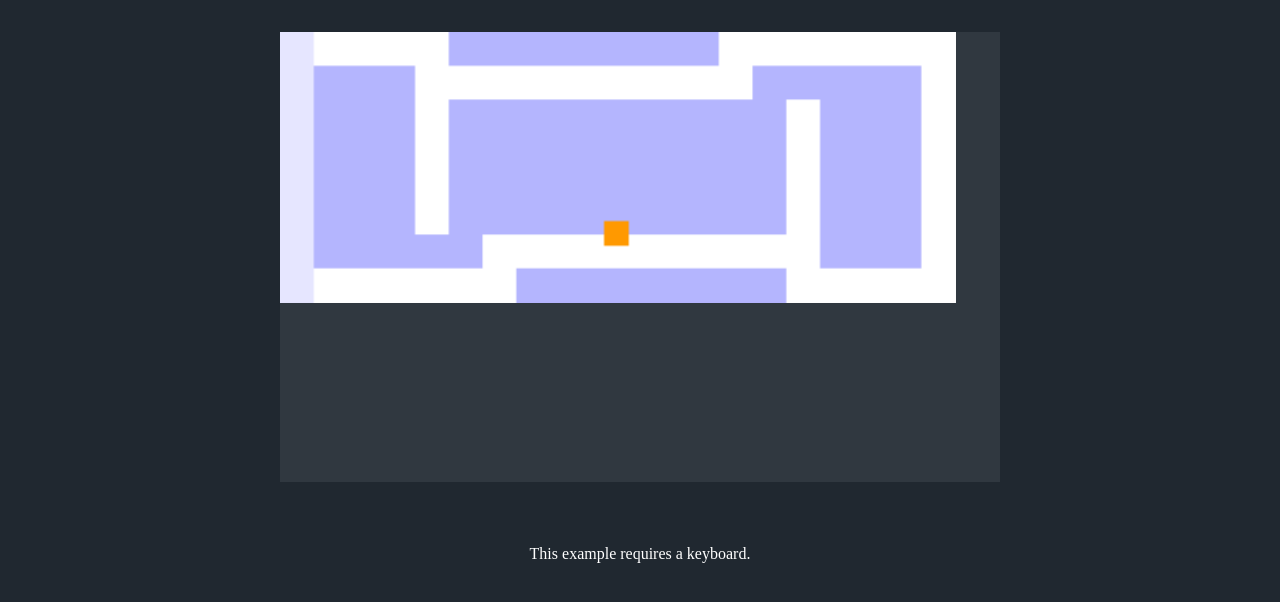
Repository: jh0l/WorldsHardestGame
Page: index.html
The author's editor kept a copy of each file at every save. The page is drawn from the files as they stood at one save, then again after the next save.
The browser window is 1280 px wide. The pictures show the whole page.

Above is the page before, as saved 2018-07-19 00:30:34.

### index.html
<html>

<head>

	<meta name="viewport" content="width=device-width">
	<link href="src/index.css" rel="stylesheet" type="text/css">

	<title>PoP Vlog - Top Down Tiles</title>

</head>

<body>

	<canvas></canvas>

	<p>This example requires a keyboard.</p>

	<script src="src/index.js" type="text/javascript"></script>

</body>

</html>

### src/index.css
* {
  box-sizing: border-box;
  margin: 0;
  padding: 0;
}

html {
  height: 100%;
  width: 100%;
}

body {
  align-content: space-around;
  background-color: #202830;
  color: #ffffff;
  display: grid;
  grid-template-columns: auto;
  grid-template-rows: auto auto auto auto;
  height: 100%;
  justify-content: space-around;
  text-align: center;
  width: 100%;
}

canvas {
  background-color: #303840;
  justify-self: center;
}

### src/index.js
(function() {
  "use strict";

  var controller, display, game;

  controller = {
    down: false,
    left: false,
    right: false,
    up: false,

    keyUpDown: function(event) {
      var key_state = event.type == "keydown" ? true : false;

      switch (event.keyCode) {
        case 65:
          controller.left = key_state;
          break; // left key
        case 87:
          controller.up = key_state;
          break; // up key
        case 68:
          controller.right = key_state;
          break; // right key
        case 83:
          controller.down = key_state;
          break; // down key
      }
    }
  };
  const tileValColor = (val, index) => {
    if (val !== '0') {
      return index % game.world.columns === 0 ? "#e6e6ff" : "#fff";
    }
    return "#b4b5fe";
  };
  display = {
    buffer: document.createElement("canvas").getContext("2d"),
    context: document.querySelector("canvas").getContext("2d"),
    output: document.querySelector("p"),

    render: function() {
      for (let index = game.world.map.length - 1; index > -1; --index) {
        this.buffer.fillStyle = tileValColor(game.world.map[index], index);
        this.buffer.fillRect(
          (index % game.world.columns) * game.world.tile_size,
          Math.floor(index / game.world.columns) * game.world.tile_size,
          game.world.tile_size,
          game.world.tile_size
        );
      }

      this.buffer.fillStyle = game.player.color;
      this.buffer.fillRect(
        game.player.x,
        game.player.y,
        game.player.width,
        game.player.height
      );

      this.context.drawImage(
        this.buffer.canvas,
        0,
        0,
        this.buffer.canvas.width,
        this.buffer.canvas.height,
        0,
        0,
        this.context.canvas.width,
        this.context.canvas.height
      );
    },

    resize: function(event) {
      var client_height = document.documentElement.clientHeight;

      display.context.canvas.width = document.documentElement.clientWidth - 32;

      if (display.context.canvas.width > client_height) {
        display.context.canvas.width = client_height;
      }

      display.context.canvas.height = Math.floor(
        display.context.canvas.width * 0.625
      );

      display.render();
    }
  };
  const playerSize = 11;
  game = {
    /* This is the player object. Make sure to note that for this collision method
    to work, you must record the current and last positions of your game objects
    to use in collision detection. It is used to calculate the vector used to determine
    if an object is entering into a collision tile and from what side. */
    player: {
      color: "#ff9900",
      height: playerSize,
      old_x: 160, // these are what you should take note of. Don't worry, it's useful
      old_y: 160, // to keep track of old positions for many physics methods. These aren't one trick pony's.
      speed: 3,
      velocity_x: 0,
      velocity_y: 0,
      width: playerSize,
      x: 160 - 16,
      y: 100 - 16,

      // These functions just make it easy to read the collision code
      get bottom() {
        return this.y + this.height;
      },
      get oldBottom() {
        return this.old_y + this.height;
      },
      get left() {
        return this.x;
      }, // kind of pointless, but used
      get oldLeft() {
        return this.old_x;
      }, // to help visualize the collision methods
      get right() {
        return this.x + this.width;
      },
      get oldRight() {
        return this.old_x + this.width;
      },
      get top() {
        return this.y;
      }, // equally pointless as left side calculations
      get oldTop() {
        return this.old_y;
      }
    },

    world: {
      map: []
      // the routing functions below with matching numbers

      // represent these tiles and route their values to
      // the collision methods you might expect based on their names
    },

    /* This object is responsible for getting the collision methods that match
    tile values in the map. It uses what I call routing functions to group reusable
    narrow phase collision methods together to create a variety of different tile
    boundary shapes. You can get the same effect with an array of routing functions rather
    than giving an object's routing functions numeric indexes, if you prefer. It might be faster. */
    collision: {
      // top wall collision tile
      1: function(object, row, column) {
        // The player hits the bottom of ceiling tiles.
        this.bottomCollision(object, row);
      },

      // left wall collision tile
      2: function(object, row, column) {
        this.rightCollision(object, column);
      },

      // right wall collision tile
      3: function(object, row, column) {
        // The player collides with the left side of a wall on the right of the map.
        this.leftCollision(object, column); // Confusing to visualize, but true.
      },

      // bottom wall collision tile
      4: function(object, row, column) {
        this.topCollision(object, row);
      },

      // block tile with four walls
      5: function(object, row, column) {
        /* It makes sense to test the most likely side to be collided with first.
        In a top down game, all sides are hit about the same number of times, depending
        on gameplay, but in a side scroller with downward pulling gravity, the tops of
        tiles will usually get the most traffic, so it makes sense to test the tops
        first in those scenarios. */
        if (this.topCollision(object, row)) {
          return;
        } // Make sure to early out
        if (this.leftCollision(object, column)) {
          return;
        } // if a collision is detected.
        if (this.rightCollision(object, column)) {
          return;
        }
        this.bottomCollision(object, row); // No need to early out on the last check.
      },
      // left and right only
      6: function(object, row, column) {
        if (this.leftCollision(object, column)) {
          return;
        }
        this.rightCollision(object, column);
      },
      // left, right and bottom only
      7: function(object, row, column) {
        if (this.leftCollision(object, column)) {
          return;
        }
        if (this.rightCollision(object, column)) {
          return;
        }
        this.bottomCollision(object, row); // No need to early out on the last check.
      },
      //left right and top only
      8: function(object, row, column) {
        if (this.leftCollision(object, column)) {
          return;
        }
        if (this.rightCollision(object, column)) {
          return;
        }
        this.topCollision(object, row); // No need to early out on the last check.
      },
      //left and top
      9: function(object, row, column) {
        if (this.leftCollision(object, column)) {
          return;
        }
        this.topCollision(object, row); // No need to early out on the last check.
      },
      //bottom and right
      a: function(object, row, column) {
        if (this.rightCollision(object, column)) {
          return;
        }
        this.bottomCollision(object, row); // No need to early out on the last check.
      },

      /* Here are the narrow phase collision detection and response functions.
      For a deeper insight into how these work, and what's going on, I'm using
      leftCollision as an example. The principles I explain here apply to all
      of the other narrow phase collision methods. Note that they're basically
      doing the same thing, just for different flat sides of a tile. */
      leftCollision(object, column) {
        /* To calculate the player's movement vector, I'm no longer using its velocity (like in the last tutorial).
        Instead, I'm going to calculate it based on it's current and last positions.
        the old way was if (object.velocity_x > 0), now it's if (object.x - object.old_x > 0).
        This is a bit more reliable in my opinion, depending on how and when you calculate your velocity. */

        /* If the object is not moving right, how will it ENTER into the left side of a tile?
        If not moving right, the player can't possibly ENTER the left side of a tile.
        We are only concerned with resolving collisions objects ENTER into. If they are spawned
        inside a collision tile, it is not the collision manager's job to resolve that, it is
        the level designer's job to fix the level design so collision can be as efficient as possible. */
        if (object.x - object.old_x > 0) {
          // the left side of the specified tile column
          var left = column * game.world.tile_size;

          /* This tests to see if our object is ENTERING through the collision boundary
          along the correct movement vector. If its current position is past the boundary
          and its old position is before the boundary, we know that it has entered into collision with the tile. */
          if (object.right > left && object.oldRight <= left) {
            object.velocity_x = 0;
            object.x = object.old_x = left - object.width - 0.001;
            /* You really don't need to reset the player's old position here if you are
            setting it at the start of each game loop, but if you are using a fixed time step
            game loop with interpolation, it will make your collisions look more pixel perfect.
            The reason for this is because with interpolation, your player may be drawn slightly
            away from the wall he just collided with on the next frame of animation depending on
            how much time has passed. So, you don't need to do this, but it doesn't hurt. It may
            be a problem if you end up changing old positions for player to player collisions as well,
            however, because old positions are used to calculate vectors for tile collision.
            Just make sure changing old positions are the last thing you do before the next frame,
            and you should be fine. */

            return true;
          }
        }

        return false;
      },

      rightCollision(object, column) {
        if (object.x - object.old_x < 0) {
          // the right side of the specified tile column
          var right = (column + 1) * game.world.tile_size;

          if (object.left < right && object.oldLeft >= right) {
            object.velocity_x = 0;
            object.old_x = object.x = right;

            return true;
          }
        }

        return false;
      },

      bottomCollision(object, row) {
        // if the object is moving up
        if (object.y - object.old_y < 0) {
          var bottom = (row + 1) * game.world.tile_size;

          if (object.top < bottom && object.oldTop >= bottom) {
            object.velocity_y = 0;
            object.old_y = object.y = bottom;
          }
        }
      },

      topCollision(object, row) {
        // if the object is moving down
        if (object.y - object.old_y > 0) {
          // the top side of the specified tile row
          var top = row * game.world.tile_size;

          // if the object has passed through the tile boundary since the last game cycle
          if (object.bottom > top && object.oldBottom <= top) {
            object.velocity_y = 0;
            object.old_y = object.y = top - object.height - 0.01;

            return true;
          }
        }

        return false;
      }
    },

    // The game loop:
    loop: function() {
      // Get controller input and move that player object!
      if (controller.down) {
        game.player.velocity_y += game.player.speed;
      }

      if (controller.up) {
        game.player.velocity_y -= game.player.speed;
      }

      if (controller.left) {
        game.player.velocity_x -= game.player.speed;
      }

      if (controller.right) {
        game.player.velocity_x += game.player.speed;
      }

      // Update the player object:
      game.player.old_x = game.player.x; // Set the old position to the current position
      game.player.old_y = game.player.y; // before we update the current position, thus making it current

      game.player.x += game.player.velocity_x; // Update the current position
      game.player.y += game.player.velocity_y;

      // Do collision detection and response with the boundaries of the screen.
      // if (game.player.x < 0) {
      //   game.player.velocity_x = 0;
      //   game.player.old_x = game.player.x = 0;
      // } else if (
      //   game.player.x + game.player.width >
      //   display.buffer.canvas.width
      // ) {
      //   game.player.velocity_x = 0;
      //   game.player.old_x = game.player.x =
      //     display.buffer.canvas.width - game.player.width - 0.001;
      //   /* I added that - 0.001 to the equation to really push the player object back into
      //   the game world. If the edge of the world is 320 px, and you set the right edge of
      //   the player obect to 320, technically its tile position will be 1 tile to the right of
      //   the edge of the world when calculated. Say there are 10 columns in the map, and each
      //   tile is 32 pixels wide. 320/32 is 10, but since our map index starts at 0, a value of 10
      //   falls outside of the map's number of columns. Failing to handle this can result in
      //   testing collision on tiles in another row, or tiles at undefined positions in the map array.*/
      // }

      if (game.player.y < 0) {
        game.player.velocity_y = 0;
        game.player.old_y = game.player.y = 0;
      } else if (
        game.player.y + game.player.height >
        display.buffer.canvas.height
      ) {
        game.player.velocity_y = 0;
        game.player.old_y = game.player.y =
          display.buffer.canvas.height - game.player.height - 0.001;
      }

      /* Here is where we do broadphase collision detection with the four corners of
      our player object. This is very important. In the last tutorial the player only
      had 1 collision registration point. Collision was simple, then. Now, it's just as
      simple, but we need to do it for each corner of our player object. */

      /* Once again, there's no point of testing collision if we're not moving. depending
      on which direction we are moving we must test different collision registration points
      on our player. For instance, if he is moving left, we test the points on his left side: */
      if (game.player.x - game.player.old_x < 0) {
        // test collision on left side of player if moving left

        /* There are much more efficient ways to write this code without repeating
        variable names and this big monsterous block of if statements, but I thought it
        would be good to have specific variable names and less abstraction so you can
        get an idea of what's going on. */
        var left_column = Math.floor(game.player.left / game.world.tile_size);
        var bottom_row = Math.floor(game.player.bottom / game.world.tile_size);
        var value_at_index =
          game.world.map[bottom_row * game.world.columns + left_column];

        if (value_at_index != 0) {
          // Check the bottom left point

          game.collision[value_at_index](game.player, bottom_row, left_column);
          display.output.innerHTML =
            "last tile collided with: " + value_at_index;
        }

        var top_row = Math.floor(game.player.top / game.world.tile_size);
        value_at_index =
          game.world.map[top_row * game.world.columns + left_column];

        if (value_at_index != 0) {
          // Check the top left point

          game.collision[value_at_index](game.player, top_row, left_column);
          display.output.innerHTML =
            "last tile collided with: " + value_at_index;
        }
      } else if (game.player.x - game.player.old_x > 0) {
        // Is the player moving right?

        var right_column = Math.floor(game.player.right / game.world.tile_size);
        var bottom_row = Math.floor(game.player.bottom / game.world.tile_size);
        var value_at_index =
          game.world.map[bottom_row * game.world.columns + right_column];

        if (value_at_index != 0) {
          // Check the bottom right point

          game.collision[value_at_index](game.player, bottom_row, right_column);
          display.output.innerHTML =
            "last tile collided with: " + value_at_index;
        }

        var top_row = Math.floor(game.player.top / game.world.tile_size);
        value_at_index =
          game.world.map[top_row * game.world.columns + right_column];

        if (value_at_index != 0) {
          // Check the top right point

          game.collision[value_at_index](game.player, top_row, right_column);
          display.output.innerHTML =
            "last tile collided with: " + value_at_index;
        }
      }

      if (game.player.y - game.player.old_y < 0) {
        var left_column = Math.floor(game.player.left / game.world.tile_size);
        var top_row = Math.floor(game.player.top / game.world.tile_size);
        var value_at_index =
          game.world.map[top_row * game.world.columns + left_column];

        if (value_at_index != 0) {
          // Check the top left point

          game.collision[value_at_index](game.player, top_row, left_column);
          display.output.innerHTML =
            "last tile collided with: " + value_at_index;
        }

        var right_column = Math.floor(game.player.right / game.world.tile_size);
        value_at_index =
          game.world.map[top_row * game.world.columns + right_column];

        if (value_at_index != 0) {
          // Check the top right point

          game.collision[value_at_index](game.player, top_row, right_column);
          display.output.innerHTML =
            "last tile collided with: " + value_at_index;
        }
      } else if (game.player.y - game.player.old_y > 0) {
        var left_column = Math.floor(game.player.left / game.world.tile_size);
        var bottom_row = Math.floor(game.player.bottom / game.world.tile_size);
        var value_at_index =
          game.world.map[bottom_row * game.world.columns + left_column];

        if (value_at_index != 0) {
          // Check the bottom left point

          game.collision[value_at_index](game.player, bottom_row, left_column);
          display.output.innerHTML =
            "last tile collided with: " + value_at_index;
        }

        var right_column = Math.floor(game.player.right / game.world.tile_size);
        value_at_index =
          game.world.map[bottom_row * game.world.columns + right_column];

        if (value_at_index != 0) {
          // Check the bottom right point

          game.collision[value_at_index](game.player, bottom_row, right_column);
          display.output.innerHTML =
            "last tile collided with: " + value_at_index;
        }
      }

      game.player.velocity_x = 0;
      game.player.velocity_y = 0;

      display.render();

      window.requestAnimationFrame(game.loop);
    }
  };

  display.buffer.canvas.height = 200;
  display.buffer.canvas.width = 320;

  window.addEventListener("resize", display.resize);
  window.addEventListener("keydown", controller.keyUpDown);
  window.addEventListener("keyup", controller.keyUpDown);

  display.resize();
  // 1s are ceiling tiles
  // 2s and 3s are right and left wall tiles
  // 5 is a solid block/box tile
  // 4 is a floor tile
  const mapStr = `
11111000000001111111
2000311111111a000003
20006000000000080003
20006000000000060003
20006000000000060003
20007000000000060003
20000094444444420003
14444410000000014441
`;
  const map = mapStr
    .slice(1, -1)
    .replace(/\n/g, "")
    .split("");
  game.world = Object.assign(game.world, {
    columns: mapStr.split("\n")[1].length,
    rows: 5,
    tile_size: 15,
    map
  });
  game.loop();
})();

After the next save:
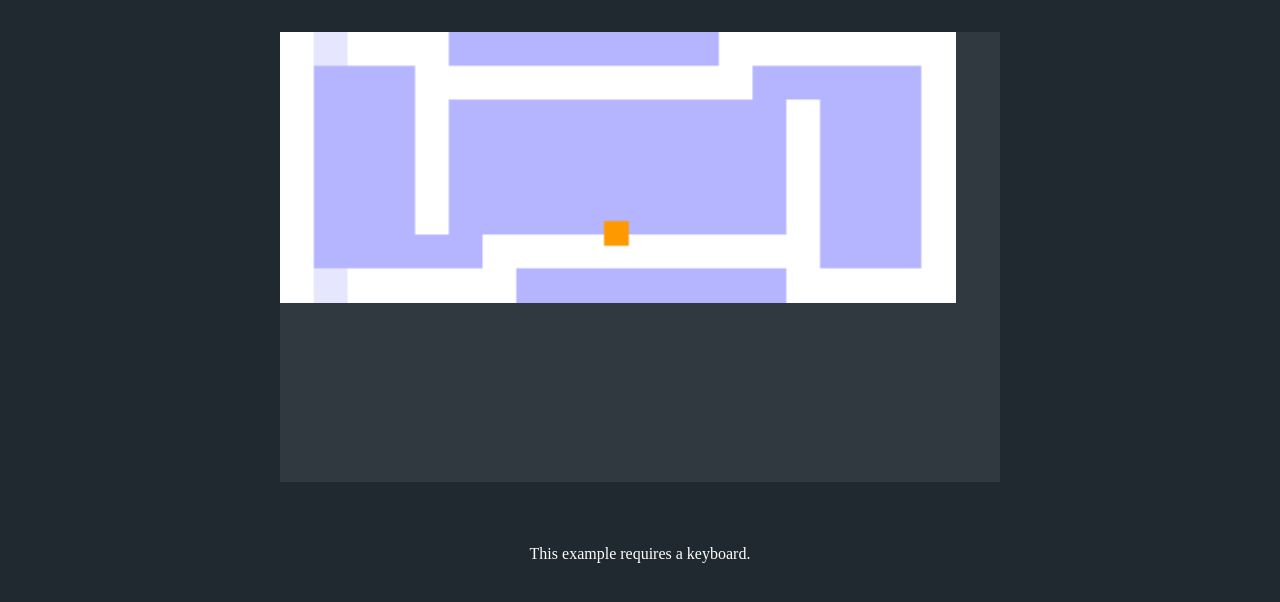
Saved 7 s later.
--- a/src/index.js
+++ b/src/index.js
@@ -30,7 +30,7 @@
   };
   const tileValColor = (val, index) => {
     if (val !== '0') {
-      return index % game.world.columns === 0 ? "#e6e6ff" : "#fff";
+      return index % game.world.columns - 1 === 0 ? "#e6e6ff" : "#fff";
     }
     return "#b4b5fe";
   };
